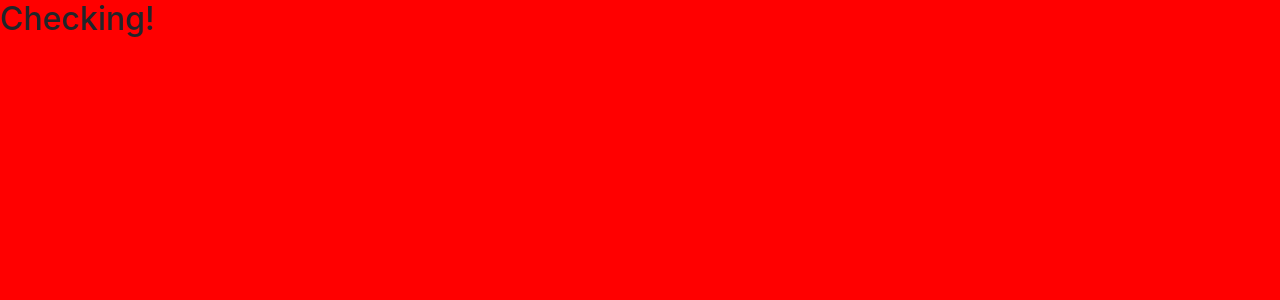
Repository: neerajchavan/E-Commerce-Project
Page: http://localhost/E-Commerce-Project/About.jsp
The author's editor kept a copy of each file at every save. The page is drawn from the files as they stood at one save, then again after the next save.
The browser window is 1280 px wide. The pictures show the whole page.
Some web libraries are served in a nearby version. The page is served by Tomcat 9.

Above is the page before, as saved 2020-10-07 15:27:17.

After the next save:
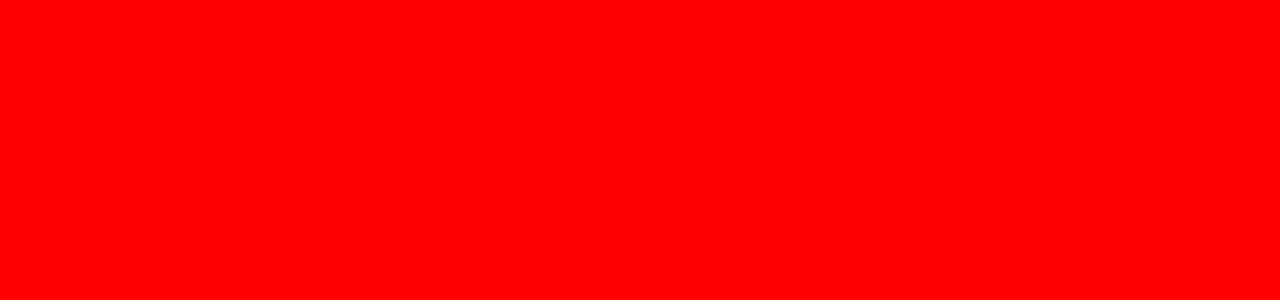
Saved 13 s later.
--- a/E-Commerce-Project/WebContent/CSS/Style.css
+++ b/E-Commerce-Project/WebContent/CSS/Style.css
@@ -5,3 +5,7 @@
 body{
 	background-color:red;
 }
+
+h2{
+ color:red;
+}

After the save that followed:
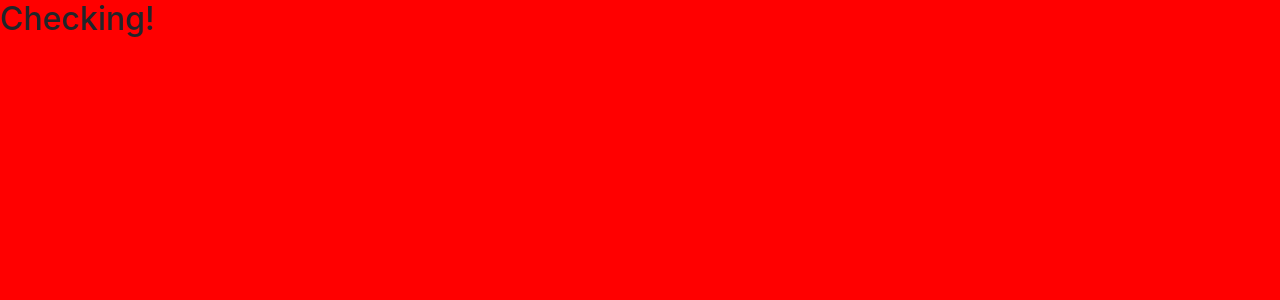
Saved 15 s later.
--- a/E-Commerce-Project/WebContent/CSS/Style.css
+++ b/E-Commerce-Project/WebContent/CSS/Style.css
@@ -7,5 +7,5 @@ body{
 }
 
 h2{
- color:red;
+ background:red;
 }
